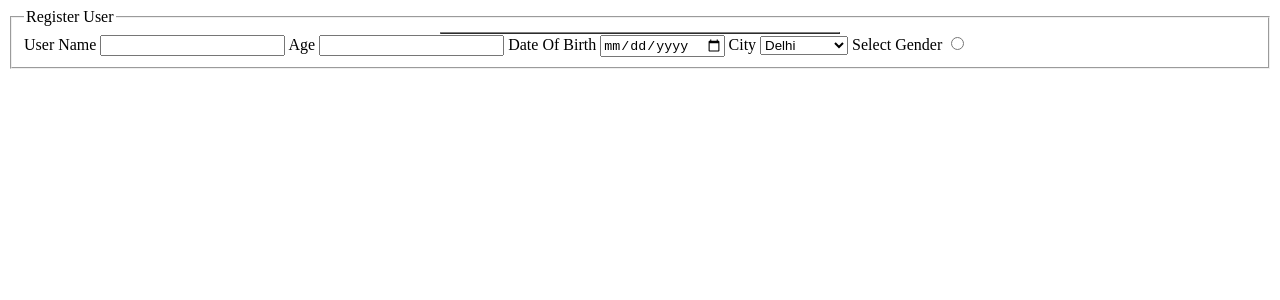
Repository: rcpanda15594/JavaScript_Project
Page: HTMLJAVASCRIPT/WebContent/NewFile.html
These files come from the project's save history. The page is drawn as it stood at one moment and after the next save; the edit follows.
The browser window is 1280 px wide. The pictures show the whole page.

Above is the page before, as saved 2018-03-21 05:39:37.

After the next save:
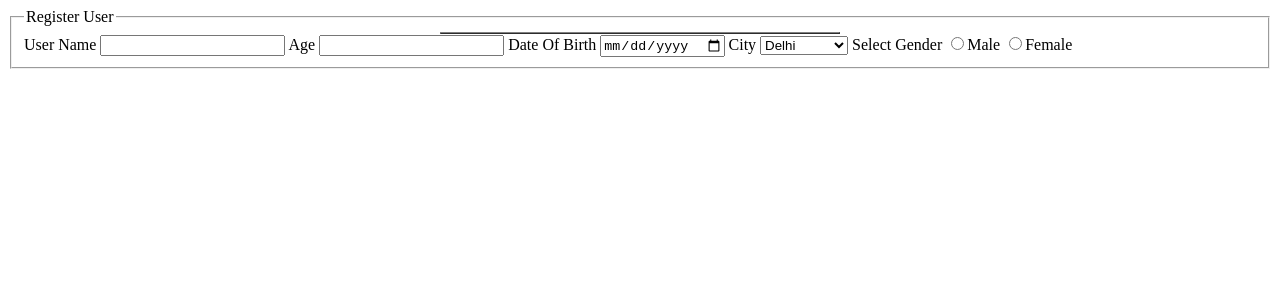
Saved 88 s later.
--- a/HTMLJAVASCRIPT/WebContent/NewFile.html
+++ b/HTMLJAVASCRIPT/WebContent/NewFile.html
@@ -58,7 +58,9 @@ if(male.checked){
 </tr>
 <tr>
 <td>Select Gender</td>
-<td><input type="radio" name="gender" value="male" id="opt male"></td>
+<td><input type="radio" name="gender" value="male" id="optMale">Male
+<input type="radio" name="gender" value="male" id="optMale">Female
+</td>
 </tr>
 
 </fieldset>
